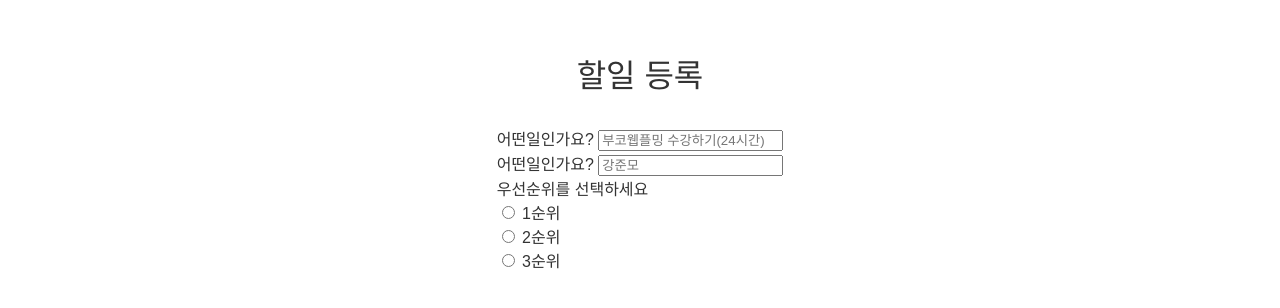
Repository: JmKanmo/BoostCourse_WebProgramming
Page: http://localhost/Todo/TodoFormServlet
An editor plug-in stored every save of this project. The page is shown before and after the next save, followed by the edit.
The browser window is 1280 px wide. The pictures show the whole page.
The page is served by Tomcat 9.

Above is the page before, as saved 2020-01-20 23:07:38.

After the next save:
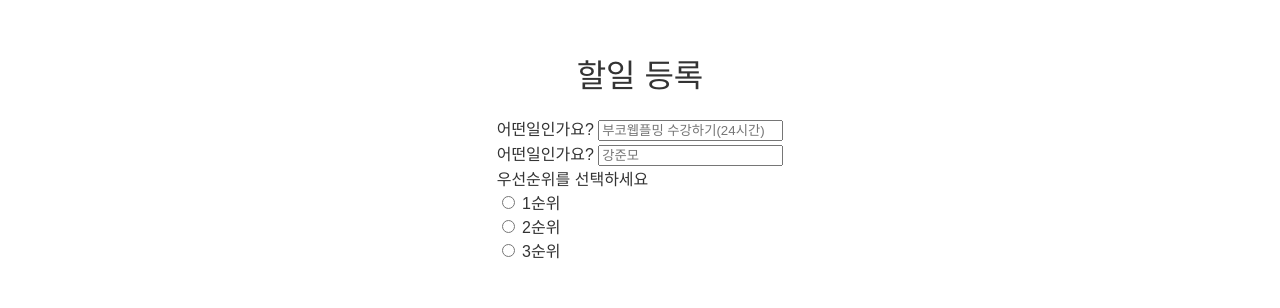
Saved 8 s later.
--- a/Todo/src/main/webapp/css/todoForm.css
+++ b/Todo/src/main/webapp/css/todoForm.css
@@ -34,5 +34,5 @@ html, body, h1, h2, h3, ul, ol, p, a, dl, dt, dd, figure {
 
 .wrap .title {
 	text-align: center;
-	padding-bottom:30px;
+	padding-bottom:20px;
 }
